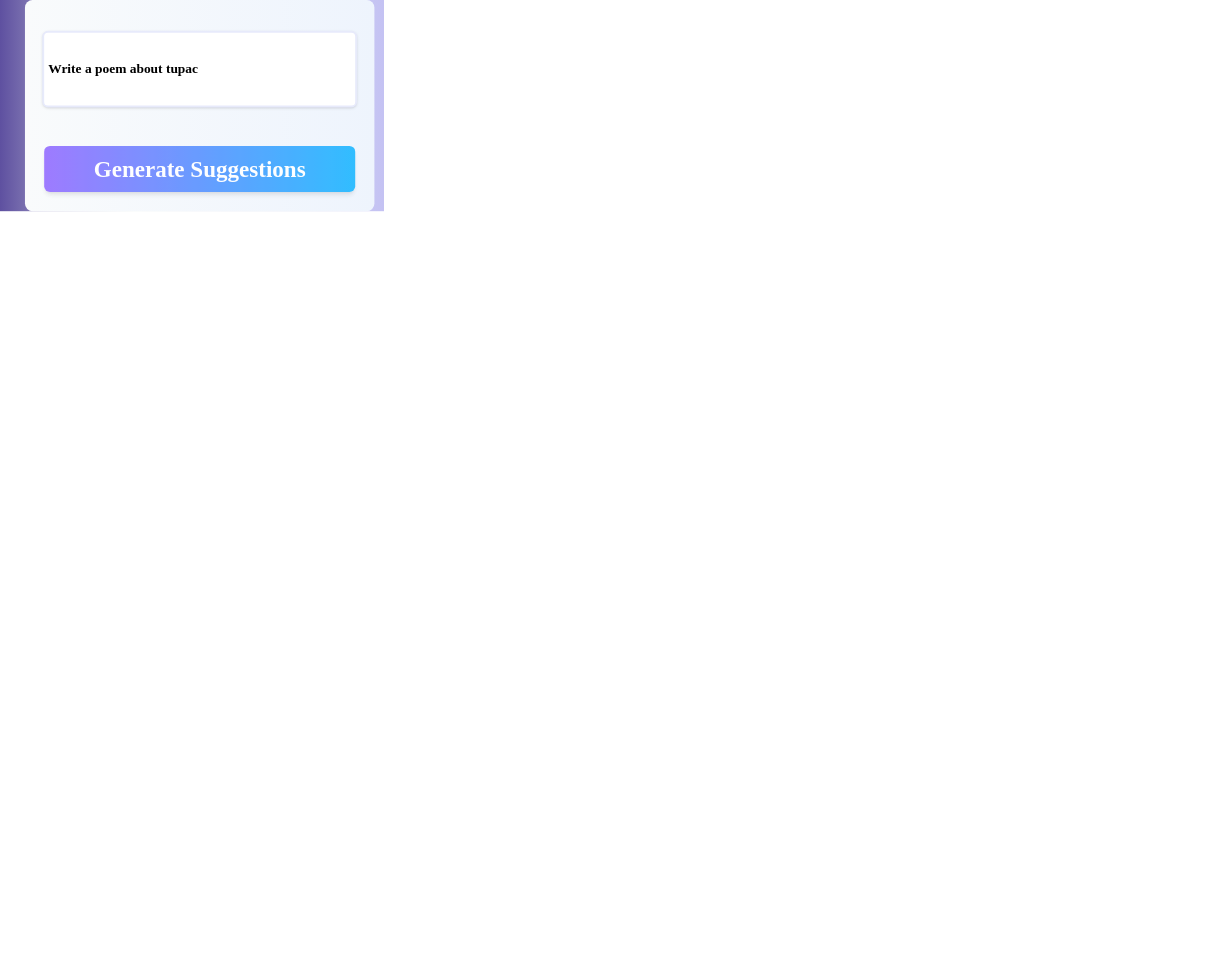
Repository: djdjdallas/AskAlex
Page: /
The author's editor kept a copy of each file at every save. The page is drawn from the files as they stood at one save, then again after the next save.
The browser window is 1280 px wide. The pictures show the whole page, at 96% of full size.
The project was rebuilt for these pictures with package versions that can differ from the ones it lists, and the page was loaded fresh each time. Also part of the build but not shown: webpack.config.js.

Above is the page before, as saved 2023-02-27 16:22:38.

After the next save:
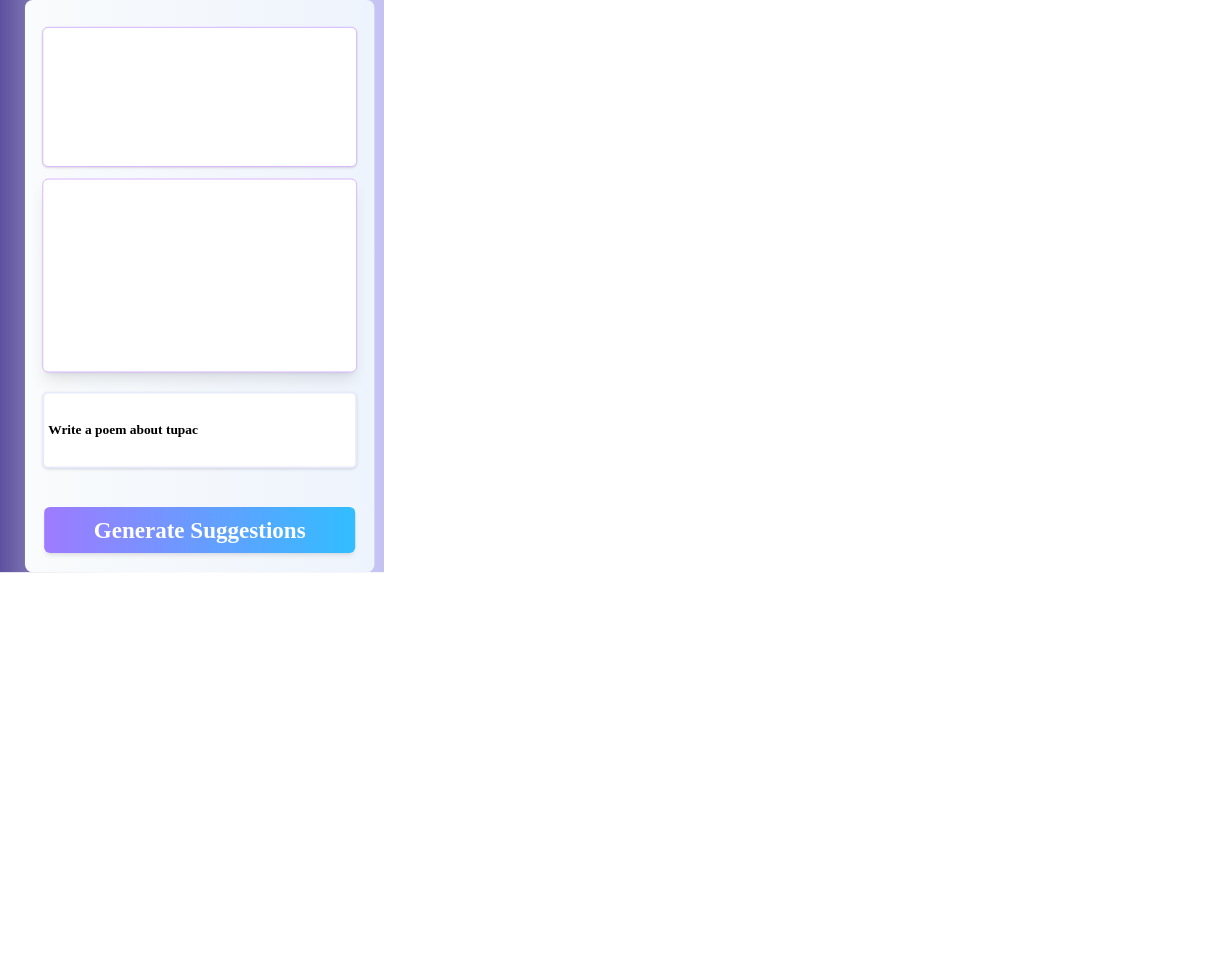
Saved 30 min 58 s later.
--- a/src/popup.js
+++ b/src/popup.js
@@ -41,7 +41,7 @@
   return (
     <div className="ml-4 popup w-[91%] flex flex-col bg-gradient-to-r from-[#f9fbfc] to-[#eef4fd] rounded-lg">
       <div className="flex justify-center items-center w-[100%] mt-3">
-        {!suggestions ? (
+        {suggestions ? (
           <div className=" w-[90%] h-[100%] mt-4 text-xl space-y-3 flex-row justify-center items-center">
             <div className="border-[1px] border-purple-300 p-4 rounded-md shadow bg-white ">
               <h1 style={{ fontFamily: "Baskeville" }}>
